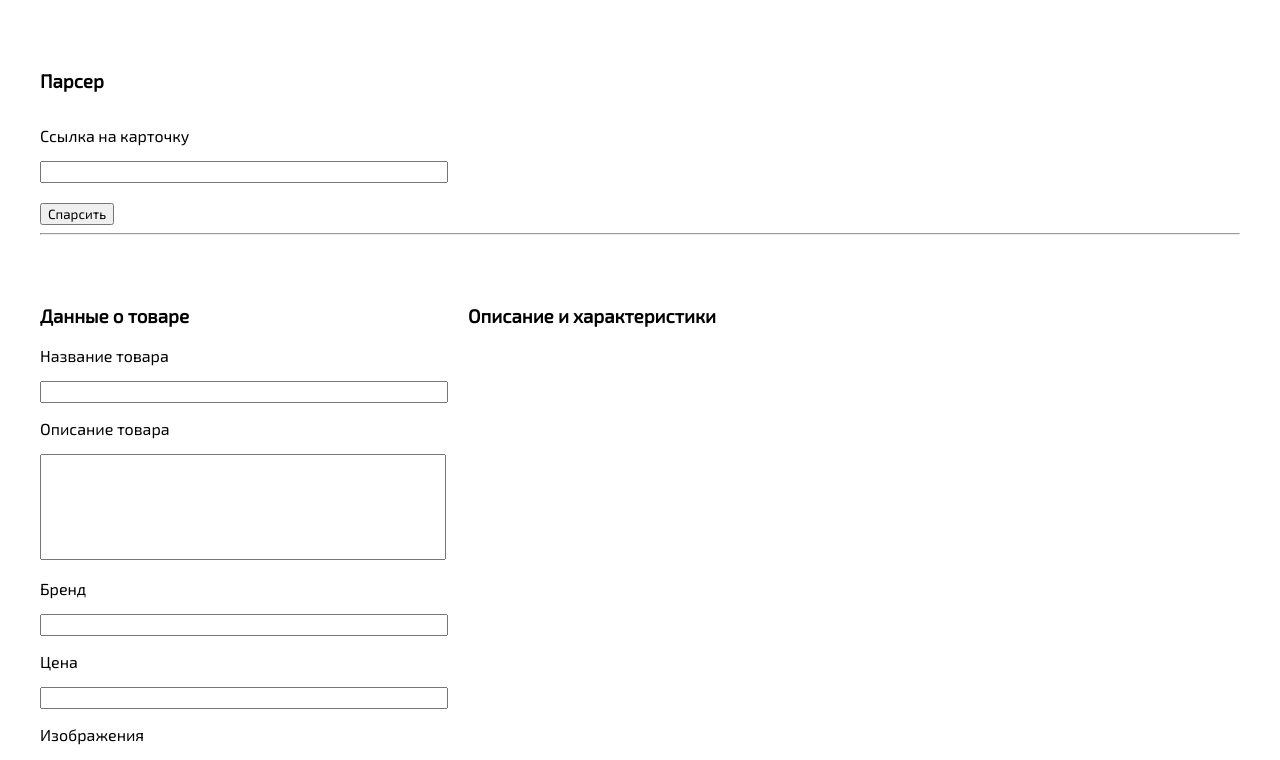
Repository: yozuul/wildberries-product-card-parser-api-exchange
Page: public/index.html
These files come from the project's save history. The page is drawn as it stood at one moment and after the next save; the edit follows.
The browser window is 1280 px wide. The pictures show the whole page.

Above is the page before, as saved 2021-08-18 18:32:24.

After the next save:
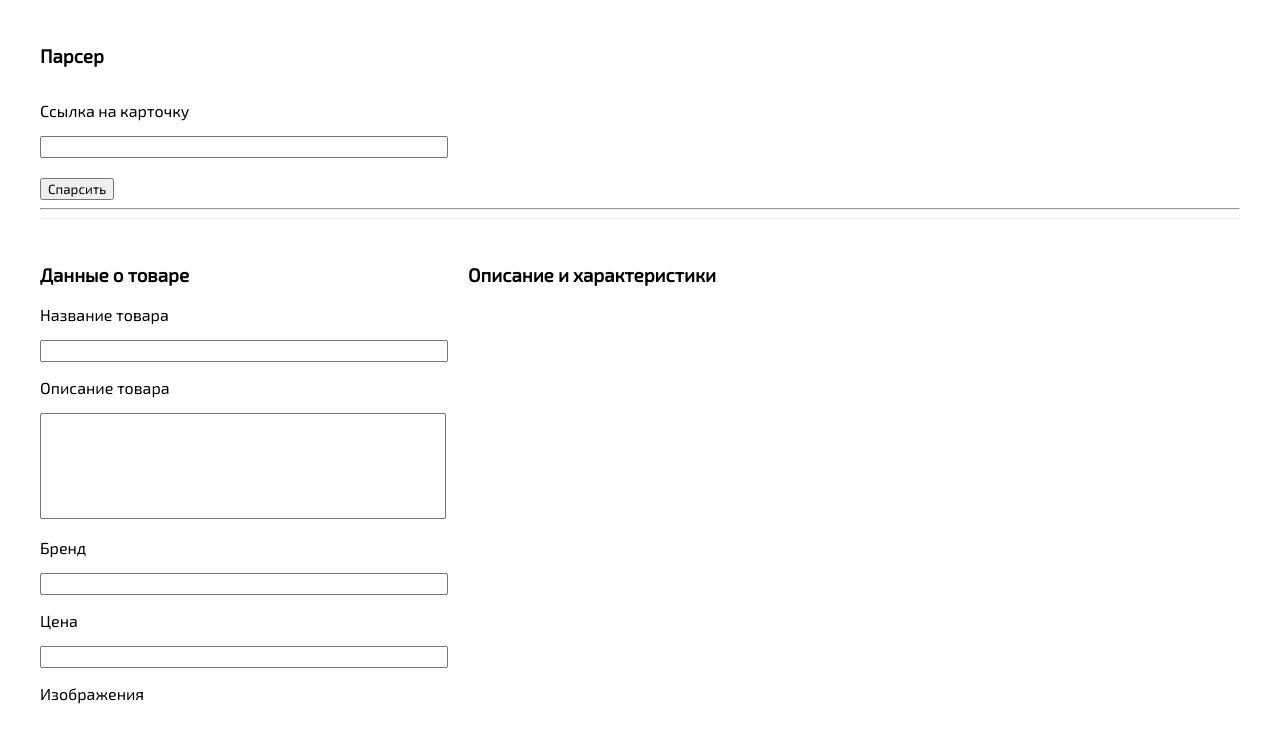
Saved 35 s later.
--- a/public/style.css
+++ b/public/style.css
@@ -11,7 +11,11 @@ body {
 .productFormWrapper, .parseFormWrapper {
    max-width: 1200px;
    margin: auto;
-   margin-top: 50px;
+   margin-top: 25px;
+   margin-bottom: 25px;
+}
+.parseFormWrapper {
+   border-bottom: 1px solid #eee;
 }
 .productFormWrapper {
    display: flex;
